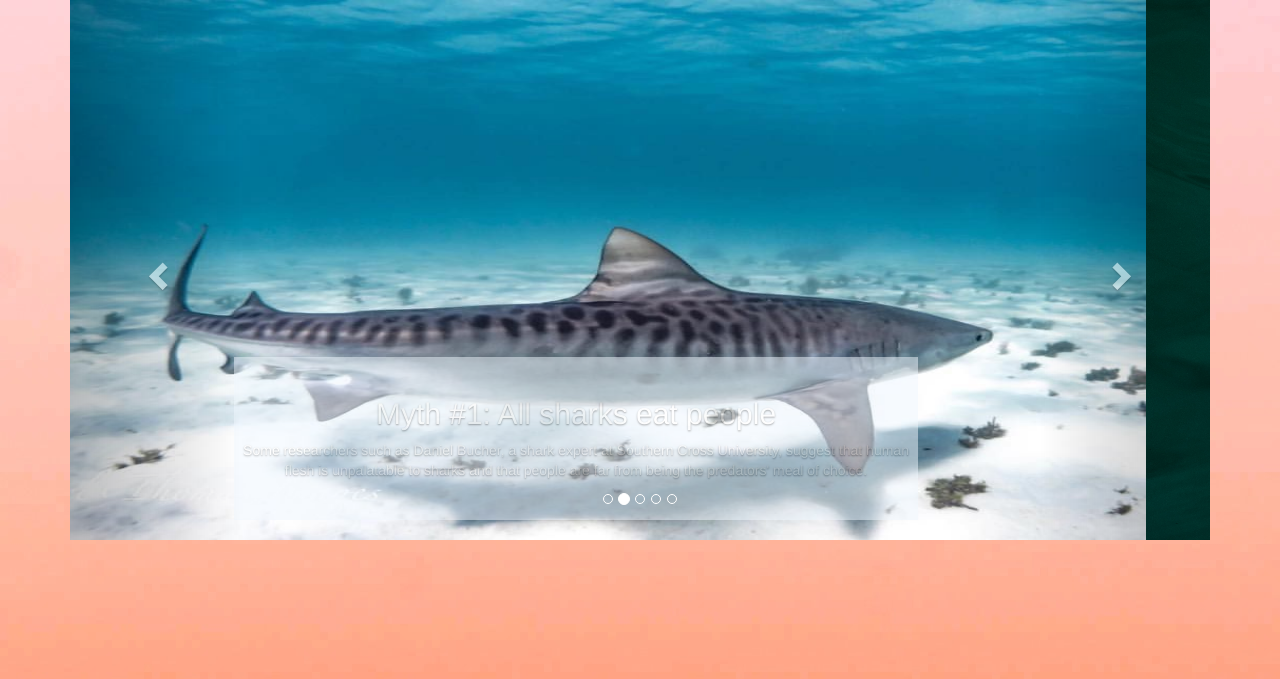
Repository: lacey-crenshaw/carousel
Page: index.html
An editor plug-in stored every save of this project. The page is shown before and after the next save, followed by the edit.
The browser window is 1280 px wide. The pictures show the whole page.

Above is the page before, as saved 2020-02-16 18:00:28.

### index.html
<!DOCTYPE html>
<html lang="en">

<head>
    <link rel="stylesheet" href="https://maxcdn.bootstrapcdn.com/bootstrap/3.4.1/css/bootstrap.min.css">
    <link rel="stylesheet" href="images/styles/styles.css">
    <meta charset="utf-8">
    <title>Bootstrap Carousel</title>



</head>

<body>

    <div class="container">
        <div class="row">
            <div class="col-sm-12">

                <div id="my-slider" class="carousel slide" data-ride="carousel">

                    <!-- indicators nav -->
                    <ol class="carousel-indicators">
                        <li data-target="#my-slider" data-slide-to="0" class="active"></li>
                        <li data-target="#my-slider" data-slide-to="1"></li>
                        <li data-target="#my-slider" data-slide-to="2"></li>
                        <li data-target="#my-slider" data-slide-to="3"></li>
                        <li data-target="#my-slider" data-slide-to="4"></li>
                    </ol>

                    <!-- wrapper for slides -->
                    <div class="carousel-inner" role="listbox">
                        <div class="item active">
                            <img src="images/tigerShark.jpg" alt="Black Shark">
                            <div class="carousel-caption">
                                <h2>Myth #1: All sharks eat people</h2>
                                <p>Some researchers such as Daniel Bucher, a shark expert at Southern Cross University,
                                    suggest that human flesh is unpalatable to sharks and that people are far from being
                                    the predators' meal of choice.</p>
                            </div>
                        </div>

                        <div class="item">
                            <img src="images/grayShark.jpg" alt="Gray Shark">
                            <div class="carousel-caption">
                                <h2>Myth #2: Sharks aren't clever and have tiny, walnut-size brains</h2>
                                <p>False. Sharks are actually one of the most intelligent creatures in the ocean,
                                    thanks to more than 400 million years of evolution. The animals' brain-to-body ratio
                                    is similar to that of most birds and mammals, according to a paper by Leo Demski and
                                    R. Glenn Northcutt who studied shark brain size in 1996.</p>
                            </div>
                        </div>

                        <div class="item">
                            <img src="images/whaleShark.jpg" alt="Whale Shark">
                            <div class="carousel-caption">
                                <h2>Myth #3: All sharks are big and scary, and have lots of sharp teeth</h2>
                                <p>There are more than 450 species of sharks, and they come in all shapes and sizes. The
                                    basking shark is the second largest fish in the sea, but it eats only plankton with
                                    its tremendously large mouth, which can measure more than 3 feet (0.9 m) wide.</p>
                            </div>
                        </div>

                        <div class="item">
                            <img src="images/greatWhite.jpg" alt="Great White Shark">
                            <div class="carousel-caption">
                                <h2>Myth #4: If you're attacked by a shark, you should punch it in the nose</h2>
                                <p>That's probably not a good idea. The best way to escape is to go for the shark's eye.
                                    Sharks have an eyelid-like barrier to protect them from prey thrashing around in
                                    their jaws, but it's not designed to shield from fingers.</p>
                            </div>
                        </div>

                        <div class="item">
                            <img src="images/blackShark.jpg" alt="Black Shark">
                            <div class="carousel-caption">
                                <h2>Myth #5: Nothing eats sharks</h2>
                                <p>While the largest sharks, such as tiger sharks and whale sharks, have very little to
                                    worry about from predators, the smaller sharks are not so lucky. Some shark species
                                    are incredibly small, and so they can make handy snacks for larger species. A few
                                    marine mammals, including orca whales, prey on sharks, too.</p>
                            </div>
                        </div>

                    </div>

                    <!-- controls for next and previous buttons -->
                    <a class="left carousel-control" href="#my-slider" role="button" data-slide="prev">
                        <span class="glyphicon glyphicon-chevron-left" aria-hidden="true"></span>
                        <span class="sr-only">Previous</span>
                    </a>
                    <a class="right carousel-control" href="#my-slider" role="button" data-slide="next">
                        <span class="glyphicon glyphicon-chevron-right" aria-hidden="true"></span>
                        <span class="sr-only">Next</span>
                    </a>


                </div>

            </div>
        </div>
    </div>


    <script src="https://ajax.googleapis.com/ajax/libs/jquery/3.4.1/jquery.min.js"></script>
    <script src="https://maxcdn.bootstrapcdn.com/bootstrap/3.4.1/js/bootstrap.min.js"></script>
</body>

</html>

### images/styles/styles.css
body {
    background-image: url(../ocean-waves.jpg);
}

.carousel-inner>.item>img,
.carousel-inner>.item>a>img {
    width: 100% !important;
    height: 75vh;
}

.carousel-caption {
    background-color: aliceblue;
    opacity: 50%;
}

After the next save:
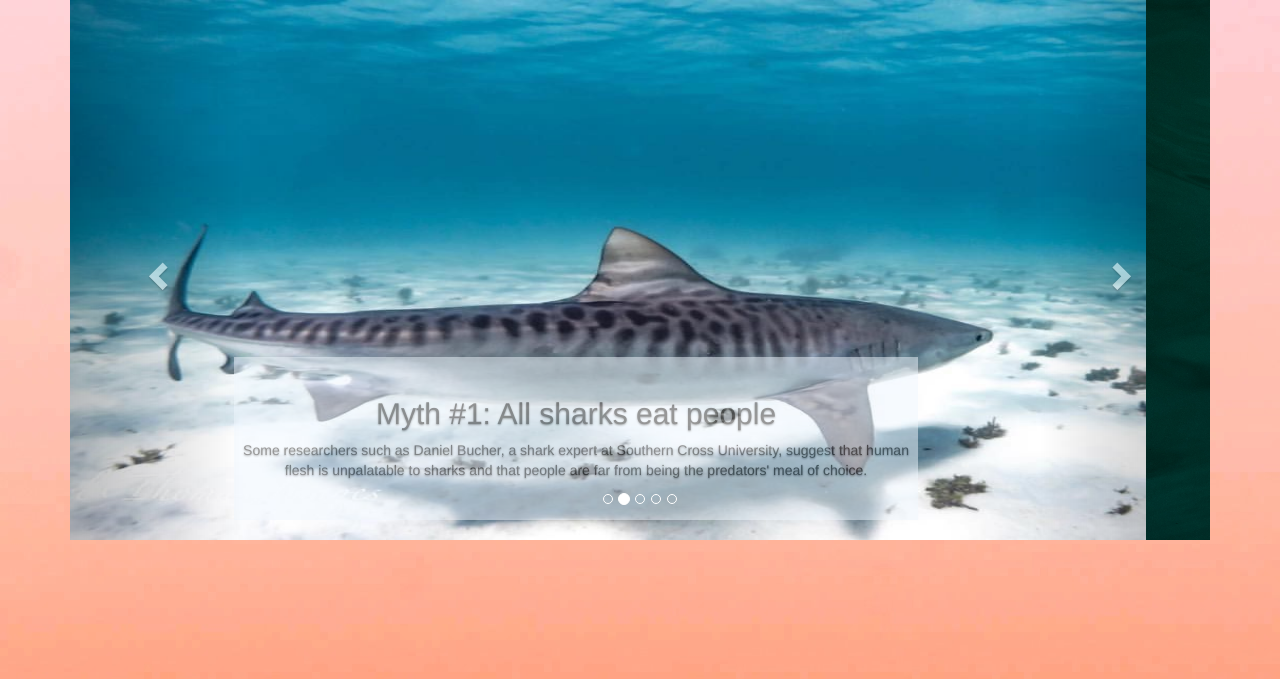
Saved 13 s later.
--- a/images/styles/styles.css
+++ b/images/styles/styles.css
@@ -11,4 +11,5 @@ body {
 .carousel-caption {
     background-color: aliceblue;
     opacity: 50%;
+    color: #333;
 }
